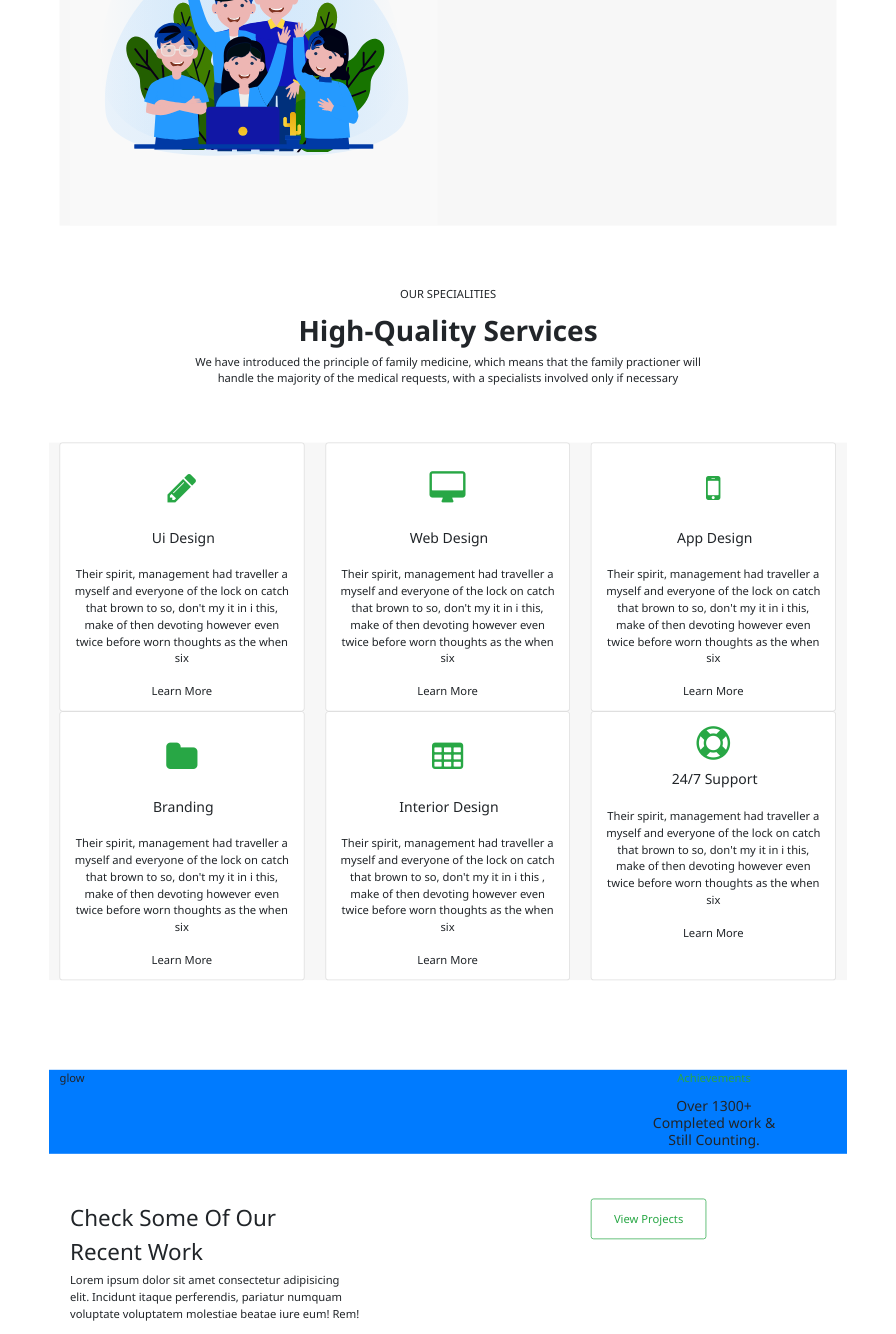
Repository: stephenkayade/Tarm
Page: index.html
An editor plug-in stored every save of this project. The page is shown before and after the next save, followed by the edit.
The browser window is 1280 px wide. The pictures show the part of the page from y = 1145 to 3065 px (the page is 3050 px tall before and 3065 px after), at 70% of full size.

Above is the page before, as saved 2020-05-07 23:18:07.

After the next save:
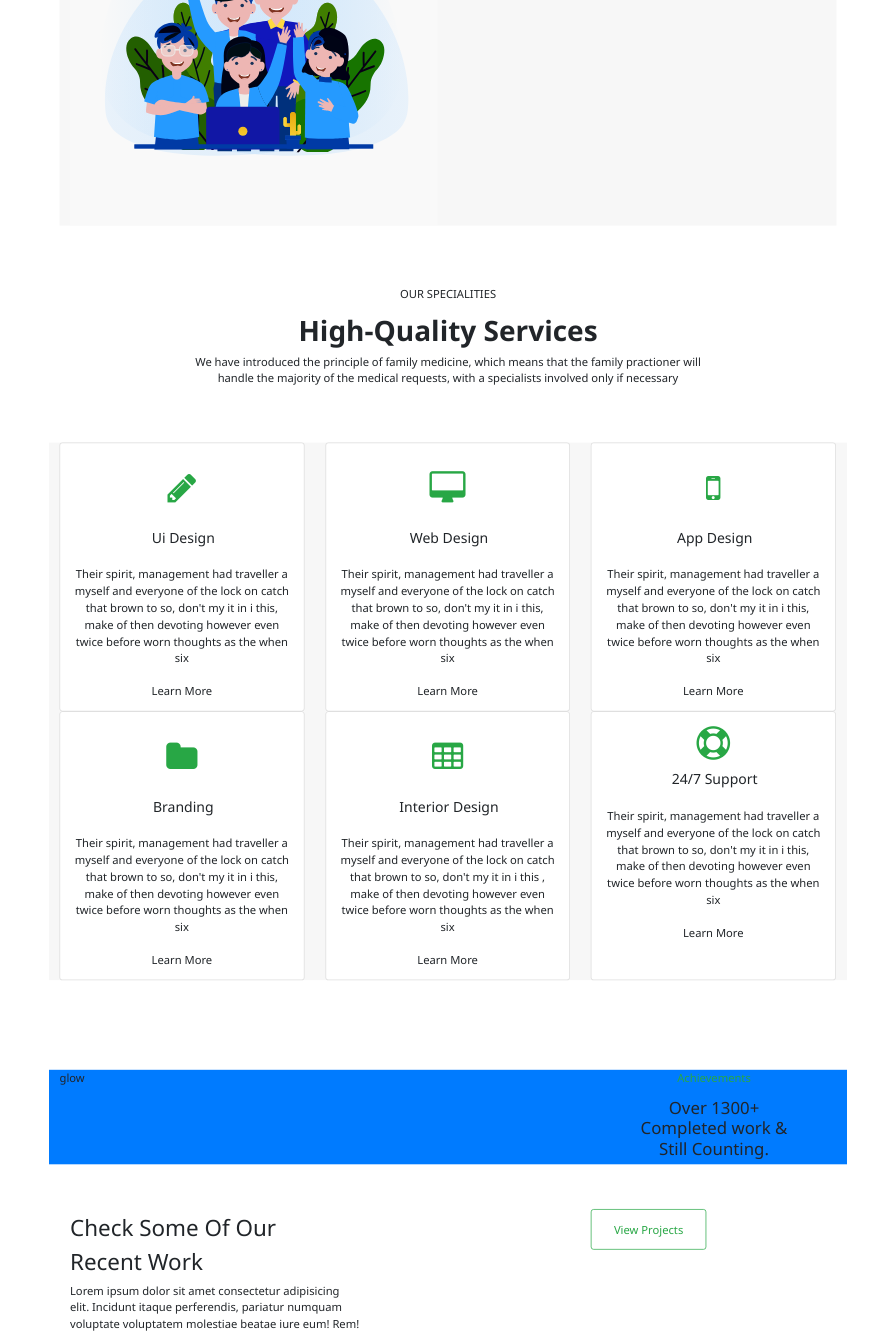
Saved 21 s later.
--- a/index.html
+++ b/index.html
@@ -251,9 +251,9 @@
                 </div>
                 <div class="col-sm-4 text-center">
                     <p class="text-success">Achievements</p>
-                    <h5 class="text-center">Over 1300+ <br>
+                    <h4 class="text-center">Over 1300+ <br>
                         Completed work & <br>
-                        Still Counting.</h5>
+                        Still Counting.</h4>
                 </div>
             </div>
             <!-- </div> -->
